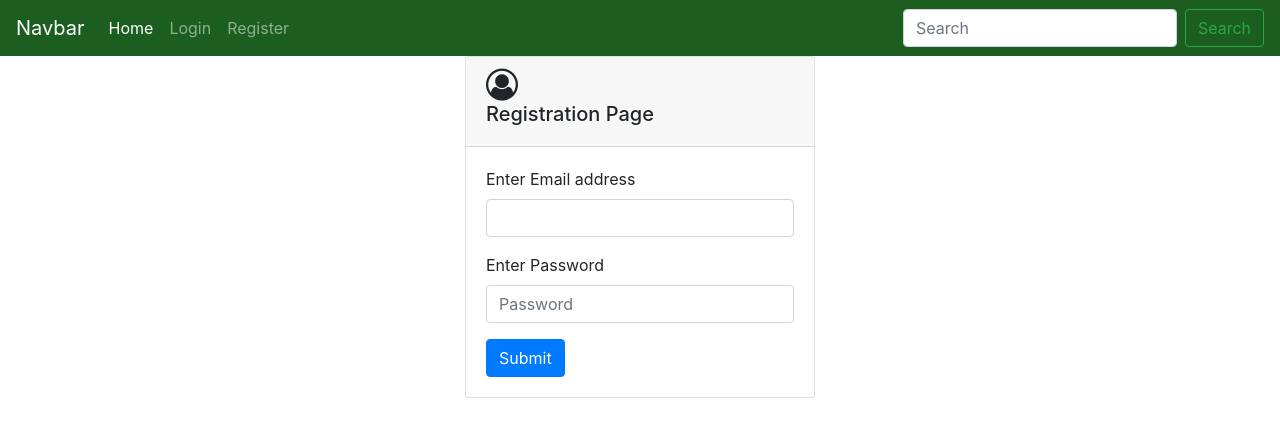
Repository: Chandnim0712/Ecommerce-Spring-Boot-Project
Page: http://localhost/LoginPage/register.jsp
These files come from the project's save history. The page is drawn as it stood at one moment and after the next save; the edit follows.
The browser window is 1280 px wide. The pictures show the whole page.
The page is served by Tomcat 9. Other server files are loaded and not shown.

Above is the page before, as saved 2025-06-11 20:58:52.

### LoginPage/src/main/webapp/register.jsp
<%@ page language="java" contentType="text/html; charset=UTF-8"
	pageEncoding="UTF-8"%>
<!DOCTYPE html>
<html>
<head>
<meta charset="UTF-8">
<title>Register</title>
<link rel="stylesheet"
	href="https://cdn.jsdelivr.net/npm/bootstrap@4.0.0/dist/css/bootstrap.min.css"
	integrity="sha384-Gn5384xqQ1aoWXA+058RXPxPg6fy4IWvTNh0E263XmFcJlSAwiGgFAW/dAiS6JXm"
	crossorigin="anonymous">

<link rel="stylesheet"
	href="https://cdnjs.cloudflare.com/ajax/libs/font-awesome/4.7.0/css/font-awesome.min.css">

<link rel="stylesheet" href="css/style.css">
</head>
<body>
	<!-- Start Navbar  -->

	<nav class="navbar navbar-expand-lg navbar-dark bg-custom">
		<a class="navbar-brand" href="#">Navbar</a>
		<button class="navbar-toggler" type="button" data-toggle="collapse"
			data-target="#navbarSupportedContent"
			aria-controls="navbarSupportedContent" aria-expanded="false"
			aria-label="Toggle navigation">
			<span class="navbar-toggler-icon"></span>
		</button>

		<div class="collapse navbar-collapse" id="navbarSupportedContent">
			<ul class="navbar-nav mr-auto">
				<li class="nav-item active"><a class="nav-link" href="#">Home
						<span class="sr-only">(current)</span>
				</a></li>
				<li class="nav-item"><a class="nav-link" href="login.jsp">Login</a></li>
				<li class="nav-item"><a class="nav-link" href="register.jsp">Register</a>
				</li>
			</ul>
			<form class="form-inline my-2 my-lg-0">
				<input class="form-control mr-sm-2" type="search"
					placeholder="Search" aria-label="Search">
				<button class="btn btn-outline-success my-2 my-sm-0" type="submit">Search</button>
			</form>
		</div>
	</nav>

	<!-- End Navbar -->

	<div class="container">
		<div class="row">
			<div class="col-md-4 offset-md-4">
				<div class="card">
					<div class="card-header">
						<i class="fa fa-user-circle-o fa-2x"></i>
						<h5>Registration Page</h5>
					</div>
					<div class="card-body">
						<form>
							<div class="form-group">
								<label for="exampleInputEmail1">Enter Email address</label> <input
									type="email" class="form-control" id="exampleInputEmail1"
									aria-describedby="emailHelp">

							</div>
							<div class="form-group">
								<label for="exampleInputPassword1">Enter Password</label> <input
									type="password" class="form-control" id="exampleInputPassword1"
									placeholder="Password">
							</div>

							<button type="submit" class="btn btn-primary">Submit</button>
						</form>
					</div>
				</div>
			</div>
		</div>
	</div>

</body>
</html>

### LoginPage/src/main/webapp/css/style.css
.bg-custom{
	background : #1b5e20 !important
}

After the next save:
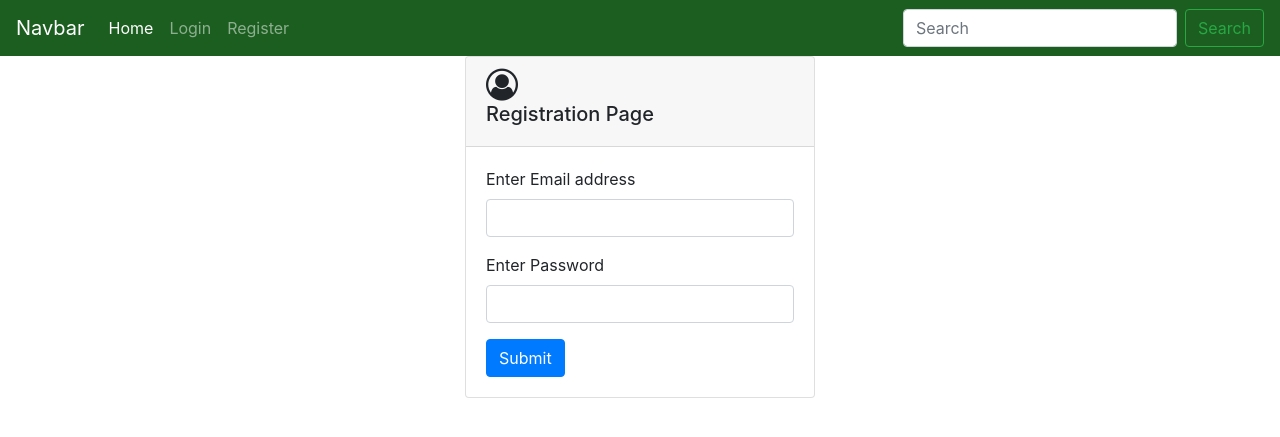
Saved 14 s later.
--- a/LoginPage/src/main/webapp/register.jsp
+++ b/LoginPage/src/main/webapp/register.jsp
@@ -64,8 +64,7 @@
 							</div>
 							<div class="form-group">
 								<label for="exampleInputPassword1">Enter Password</label> <input
-									type="password" class="form-control" id="exampleInputPassword1"
-									placeholder="Password">
+									type="password" class="form-control" id="exampleInputPassword1">
 							</div>
 
 							<button type="submit" class="btn btn-primary">Submit</button>
